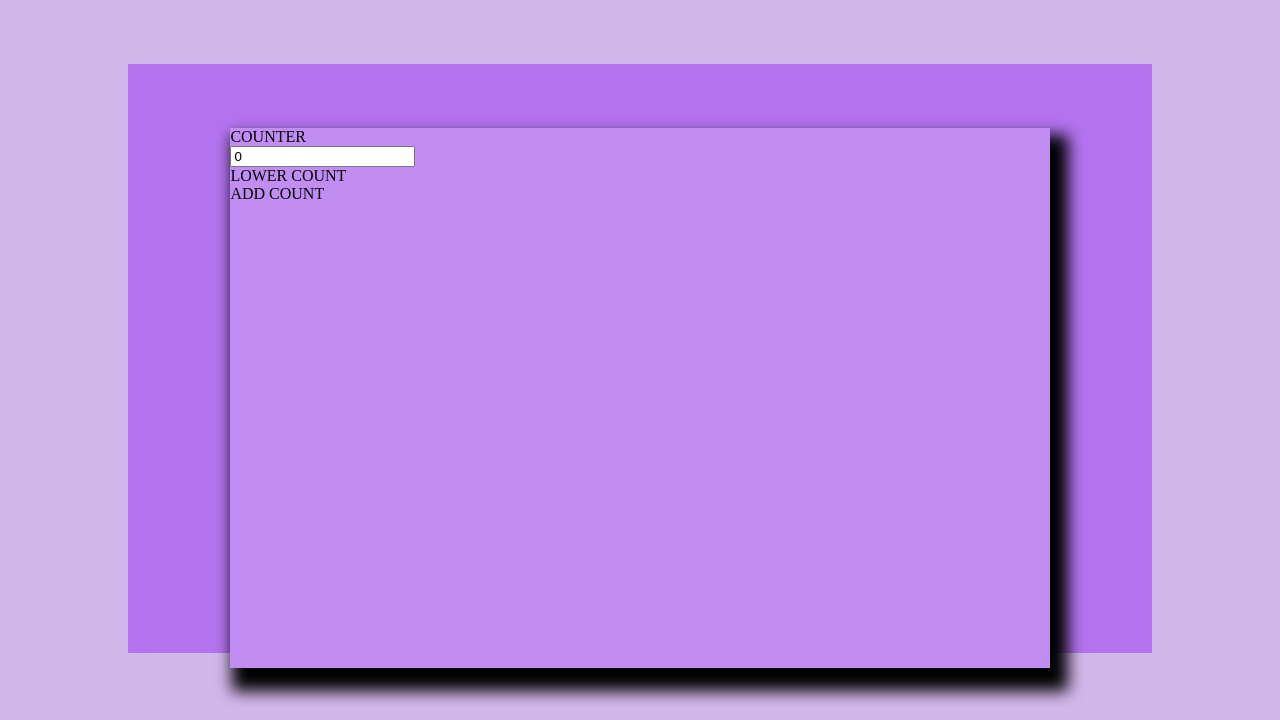
Repository: AnahitKhechumyan/Counter
Page: index.html
The author's editor kept a copy of each file at every save. The page is drawn from the files as they stood at one save, then again after the next save.
The browser window is 1280 px wide. The pictures show the whole page.

Above is the page before, as saved 2022-02-14 17:07:52.

After the next save:
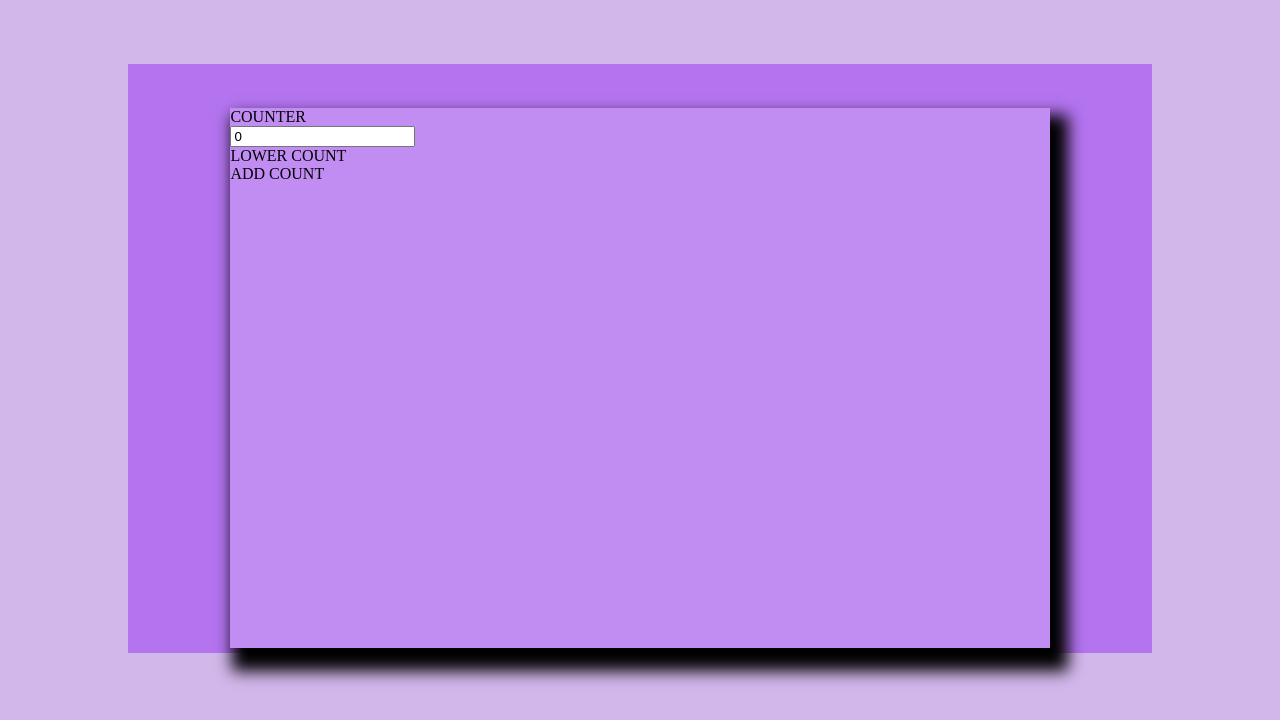
Saved 19 s later.
--- a/style.css
+++ b/style.css
@@ -14,6 +14,6 @@
     background-color: rgb(194, 141, 243);
     width: 80%;
     height: 75vh;
-    margin: 5% 10%;
+    margin: 3% 10%;
     box-shadow: 10px 15px 15px 8px;
 }
